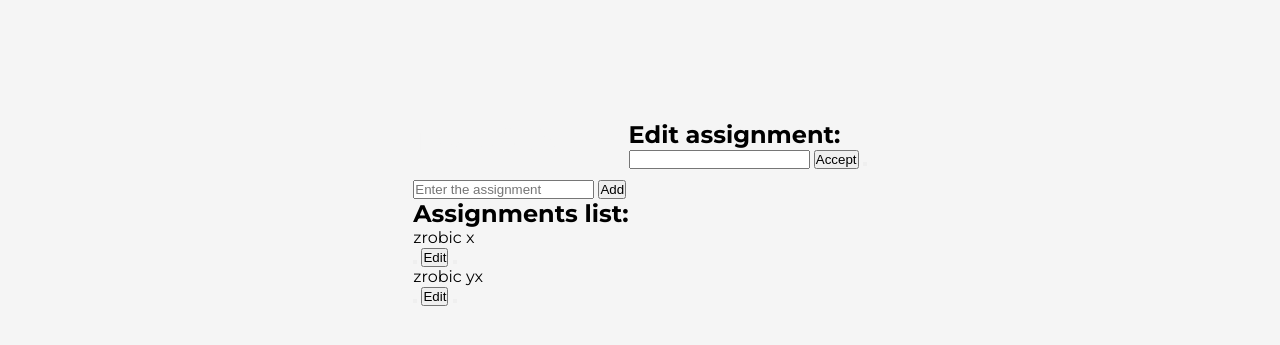
Repository: kimi1723/To-do-app
Page: index.html
These files come from the project's save history. The page is drawn as it stood at one moment and after the next save; the edit follows.
The browser window is 1280 px wide. The pictures show the whole page.
Some web libraries are served in a nearby version.

Above is the page before, as saved 2023-03-31 10:50:49.

### index.html
<!DOCTYPE html>
<html lang="pl">

<head>
    <meta charset="UTF-8">
    <meta name="viewport" content="width=device-width, initial-scale=1.0">
    <meta http-equiv="X-UA-Compatible" content="ie=edge">
    <title>To do app</title>
    <script src="https://kit.fontawesome.com/327a0d490c.js" crossorigin="anonymous"></script>
    <link href="https://fonts.googleapis.com/css?family=Montserrat:400,700&display=swap&subset=latin-ext"
        rel="stylesheet">
    <link rel="stylesheet" href="/dist/css/main.min.css">
</head>

<body>
    <main class="to-do">
        <div class="to-do-header">
            <h1 class="to-do-header__heading">To do app</h1>

            <input type="text" class="to-do-header__input" placeholder="Enter the assignment">
            <button class="to-do-header__add-button">Add</button>
        </div>

        <div class="to-do-assignments">
            <h2 class="to-do-assignments__heading">Assignments list:</h2>

            <div class="to-do-assignment">
                <p class="to-do-assignment__text">zrobic x</p>

                <div class="to-do-buttons">
                    <button class="to-do-buttons__button"></button>
                    <button class="to-do-buttons__button to-do-buttons__button--edit">Edit</button>
                    <button class="to-do-buttons__button"></button>
                </div>
            </div>

            <div class="to-do-assignment">
                <p class="to-do-assignment__text">zrobic yx</p>

                <div class="to-do-buttons">
                    <button class="to-do-buttons__button"></button>
                    <button class="to-do-buttons__button to-do-buttons__button--edit">Edit</button>
                    <button class="to-do-buttons__button"></button>
                </div>
            </div>


        </div>
    </main>

    <div class="to-do-edit-assignment">
        <h2 class="to-do-edit-assignment__heading">Edit assignment:</h2>
        <input type="text" class="to-do-edit-assignment__input">
        <button class="to-do-edit-assignment__button to-do-edit-assignment__button--accept">Accept</button>
        <button class="to-do-edit-assignment__button to-do-edit-assignment__button--cancel"></button>
    </div>

    <script src="/dist/js/app.min.js"></script>
</body>

</html>

Loaded but not shown: dist/css/main.min.css (library); dist/js/app.min.js (library)

After the next save:
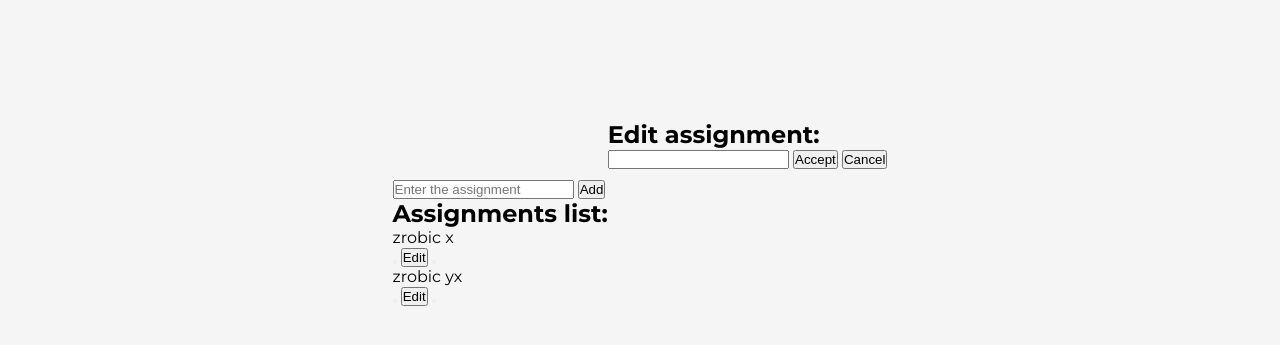
Saved 16 s later.
--- a/index.html
+++ b/index.html
@@ -51,8 +51,9 @@
     <div class="to-do-edit-assignment">
         <h2 class="to-do-edit-assignment__heading">Edit assignment:</h2>
         <input type="text" class="to-do-edit-assignment__input">
+
         <button class="to-do-edit-assignment__button to-do-edit-assignment__button--accept">Accept</button>
-        <button class="to-do-edit-assignment__button to-do-edit-assignment__button--cancel"></button>
+        <button class="to-do-edit-assignment__button to-do-edit-assignment__button--cancel">Cancel</button>
     </div>
 
     <script src="/dist/js/app.min.js"></script>
